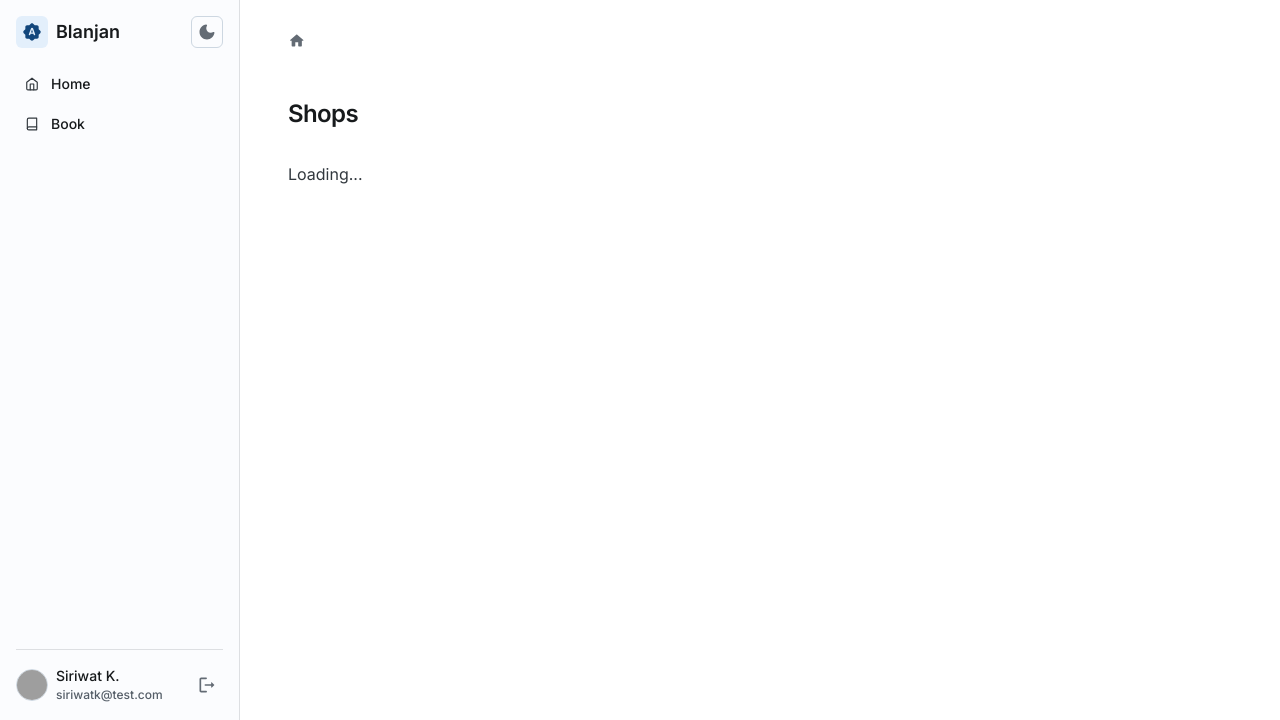
Repository: LaurentiusKevin/bookstore-fe
Page: /
An editor plug-in stored every save of this project. The page is shown before and after the next save, followed by the edit.
The browser window is 1280 px wide. The pictures show the whole page.
Pictures or frames that could not be fetched are drawn as grey boxes. The page's requests for data from a server got no answer. The project was rebuilt for these pictures with package versions that can differ from the ones it lists, and the page was loaded fresh each time. The framework's server and built-in components were replaced by stand-ins that run in the browser. No one was signed in, and anything a server would have sent is missing. Also part of the build but not shown: next.config.mjs.

Above is the page before, as saved 2024-04-07 05:33:55.

### src/app/layout.tsx
import type { Metadata } from "next";
import { Inter } from "next/font/google";
import "@fontsource/inter";
import ThemeRegistry from "@/components/admin/theme-registry";
import { Providers } from "@/providers";
import { ReactNode } from "react";

const inter = Inter({ subsets: ["latin"] });

export const metadata: Metadata = {
  title: "Create Next App",
  description: "Generated by create next app",
};

export default function RootLayout({
  children,
}: Readonly<{
  children: ReactNode;
}>) {
  return (
    <html lang="en">
      <body suppressHydrationWarning={true}>
        <ThemeRegistry options={{ key: "joy" }}>
          <Providers>{children}</Providers>
        </ThemeRegistry>
      </body>
    </html>
  );
}

### src/app/page.tsx
"use client";

import { bookListAPI, bookPurchaseAPI } from "@/apis/book.api";
import { latestPointAPI } from "@/apis/point.api";
import AdminLayout from "@/components/admin/admin-layout";
import { BookResponse } from "@/interfaces";
import {
  AspectRatio,
  Box,
  Button,
  Card,
  CardContent,
  Stack,
  Typography,
} from "@mui/joy";
import { useRouter } from "next/navigation";
import { useEffect, useRef, useState } from "react";

export default function Home() {
  const route = useRouter();
  const [page, setPage] = useState(1);
  const [pageSize, setPageSize] = useState(10);
  const [maxPage, setMaxPage] = useState(1);
  const [isLoading, setIsLoading] = useState(false);
  const [books, setBooks] = useState<BookResponse[]>([]);
  const [availablePoint, setAvailablePoint] = useState<number>(0);
  const loaderRef = useRef(null);

  const token = localStorage.getItem("token");

  const initBookList = async () => {
    setIsLoading(true);
    const res = await bookListAPI({ page: page, pageSize: pageSize });

    if (res?.data.data.books) {
      setIsLoading(false);
      setBooks((prev) => [...prev, ...res?.data.data.books]);
      setMaxPage(res?.data.data.totalPage);
    }
  };

  const initLatestPoint = async () => {
    const res = await latestPointAPI();
    console.log(res?.data.data);
  };

  const purchase = async (book_id: number) => {
    await bookPurchaseAPI(book_id);
  };

  useEffect(() => {
    initBookList();
    initLatestPoint();
  }, [page]);

  useEffect(() => {
    const options = {
      root: null,
      rootMargin: "0px",
      threshold: 0.8, // 80% from the top
    };

    const observer = new IntersectionObserver((entries) => {
      entries.forEach((entry) => {
        if (entry.isIntersecting && page <= maxPage) {
          setPage((prevPage) => prevPage + 1); // Load more data when the threshold is reached
        }
      });
    }, options);

    if (loaderRef.current) {
      observer.observe(loaderRef.current);
    }

    return () => {
      if (loaderRef.current) {
        observer.unobserve(loaderRef.current);
      }
    };
  }, []);

  return (
    <AdminLayout>
      <Box
        sx={{
          display: "flex",
        }}
      >
        <Typography level="h3">Shops</Typography>
      </Box>
      <Stack flexDirection="row" flexWrap="wrap" gap={2}>
        {books?.map((item, key) => (
          <Card key={key} sx={{ width: 320 }}>
            <div>
              <Typography level="title-lg">{item.title}</Typography>
              <Typography level="body-sm">{item.writer.name}</Typography>
            </div>
            <AspectRatio minHeight="120px" maxHeight="200px">
              <img
                src={item.cover_image}
                srcSet={item.cover_image}
                loading="lazy"
                alt={item.title}
              />
            </AspectRatio>
            <CardContent orientation="horizontal">
              <div>
                <Typography level="body-xs">Price:</Typography>
                <Typography fontSize="lg" fontWeight="lg">
                  {item.point} Points
                </Typography>
              </div>
              <div>
                <Typography level="body-xs">Tags:</Typography>
                <Stack flex={1} flexDirection="row" gap={1} flexWrap="wrap">
                  {item.tags.map((item) => (
                    <Typography fontSize="md" fontWeight="lg">
                      {item.title}
                    </Typography>
                  ))}
                </Stack>
              </div>
            </CardContent>
            <div>
              {token === null ? (
                <Button
                  variant="outlined"
                  size="md"
                  color="primary"
                  sx={{ ml: "auto", alignSelf: "center", fontWeight: 600 }}
                  fullWidth
                  onClick={() => route.push("/auth/login")}
                >
                  Purchase
                </Button>
              ) : (
                <Button
                  variant="outlined"
                  size="md"
                  color="primary"
                  sx={{ ml: "auto", alignSelf: "center", fontWeight: 600 }}
                  fullWidth
                  onClick={() => purchase(item.id)}
                >
                  Purchase
                </Button>
              )}
            </div>
          </Card>
        ))}
        <div ref={loaderRef}>Loading...</div>
      </Stack>
    </AdminLayout>
  );
}

### src/components/admin/theme-registry.tsx
"use client";
import createCache from "@emotion/cache";
import { useServerInsertedHTML } from "next/navigation";
import { CacheProvider } from "@emotion/react";
import { CssVarsProvider } from "@mui/joy/styles";
import CssBaseline from "@mui/joy/CssBaseline";
import * as React from "react";
import { ReactNode } from "react";

// This implementation is from emotion-js
// https://github.com/emotion-js/emotion/issues/2928#issuecomment-1319747902
export default function ThemeRegistry(props: {
  options: { key: string };
  children: ReactNode;
}) {
  const { options, children } = props;

  const [{ cache, flush }] = React.useState(() => {
    const cache = createCache(options);
    cache.compat = true;
    const prevInsert = cache.insert;
    let inserted: string[] = [];
    cache.insert = (...args) => {
      const serialized = args[1];
      if (cache.inserted[serialized.name] === undefined) {
        inserted.push(serialized.name);
      }
      return prevInsert(...args);
    };
    const flush = () => {
      const prevInserted = inserted;
      inserted = [];
      return prevInserted;
    };
    return { cache, flush };
  });

  useServerInsertedHTML(() => {
    const names = flush();
    if (names.length === 0) {
      return null;
    }
    let styles = "";
    for (const name of names) {
      styles += cache.inserted[name];
    }
    return (
      <style
        key={cache.key}
        data-emotion={`${cache.key} ${names.join(" ")}`}
        dangerouslySetInnerHTML={{
          __html: styles,
        }}
      />
    );
  });

  return (
    <CacheProvider value={cache}>
      <CssVarsProvider>
        {/* the custom theme is optional */}
        <CssBaseline />
        {children}
      </CssVarsProvider>
    </CacheProvider>
  );
}

### src/providers.tsx
"use client";

import React, { ReactNode } from "react";

export function Providers({ children }: { children: ReactNode }) {
  return <>{children}</>;
}

### src/apis/book.api.ts
import { AxiosError, AxiosResponse } from "axios";
import axiosInstance from "./axios-instance";
import { BookCreateParams, PaginationParams } from "@/interfaces";

export async function bookListAPI(params: PaginationParams) {
  return await axiosInstance
    .get(`/book?page=${params.page || 1}&pageSize=${params.pageSize || 10}`)
    .then((response: AxiosResponse) => {
      return response;
    })
    .catch((error: AxiosError) => {
      console.error(error);
      return null;
    });
}

export async function bookCreateAPI(params: BookCreateParams) {
  return await axiosInstance
    .post(`/book`, params)
    .then((response: AxiosResponse) => {
      return response;
    })
    .catch((error: AxiosError) => {
      console.error(error);
      return null;
    });
}

export async function bookPurchaseAPI(book_id: number) {
  return await axiosInstance
    .post(`/user-purchase`, { book_id: book_id })
    .then((response: AxiosResponse) => {
      return response;
    })
    .catch((error: AxiosError) => {
      console.error(error);
      return null;
    });
}

### src/apis/point.api.ts
import { AxiosError, AxiosResponse } from "axios";
import axiosInstance from "./axios-instance";

export async function latestPointAPI() {
  return await axiosInstance
    .get(`/point/latest`)
    .then((response: AxiosResponse) => {
      return response;
    })
    .catch((error: AxiosError) => {
      console.error(error);
      return null;
    });
}

### src/components/admin/admin-layout.tsx
import { Box, CssBaseline, CssVarsProvider, Stack } from "@mui/joy";
import Sidebar from "@/components/admin/sidebar";
import Header from "@/components/admin/header";
import Typography from "@mui/joy/Typography";
import * as React from "react";
import { ReactNode } from "react";
import AdminBreadcrumbs from "@/components/admin/breadcrumbs";

export default function AdminLayout({
  children,
  contentMaxWidth = undefined,
  pageTitle = undefined,
}: {
  children?: ReactNode;
  contentMaxWidth?: string | undefined;
  pageTitle?: string;
}) {
  return (
    <CssVarsProvider disableTransitionOnChange>
      <CssBaseline />
      <Box sx={{ display: "flex", minHeight: "100dvh" }}>
        <Sidebar />
        <Header />
        <Box
          component="main"
          className="MainContent"
          sx={{
            pt: { xs: "calc(12px + var(--Header-height))", md: 3 },
            pb: { xs: 2, sm: 2, md: 3 },
            flex: 1,
            display: "flex",
            flexDirection: "column",
            minWidth: 0,
            height: "100dvh",
            gap: 1,
            overflow: "auto",
          }}
        >
          <Box sx={{ flex: 1, width: "100%" }}>
            <Box
              sx={{
                position: "sticky",
                top: { sm: -100, md: -110 },
                bgcolor: "background.body",
                // zIndex: 9995,
              }}
            >
              <Box sx={{ px: { xs: 2, md: 6 } }}>
                <AdminBreadcrumbs />
                <Typography level="h2" component="h1" sx={{ mt: 1, mb: 2 }}>
                  {pageTitle}
                </Typography>
              </Box>
              <Stack
                spacing={4}
                sx={{
                  display: "flex",
                  maxWidth: contentMaxWidth,
                  mx: "auto",
                  px: { xs: 2, md: 6 },
                  py: { xs: 2, md: 3 },
                }}
              >
                {children}
              </Stack>
            </Box>
          </Box>
        </Box>
      </Box>
    </CssVarsProvider>
  );
}

### src/apis/axios-instance.ts
import axios from "axios";

const axiosInstance = axios.create({
  baseURL: process.env.NEXT_PUBLIC_API_URL,
});

axiosInstance.interceptors.request.use(async (config) => {
  const accessToken = localStorage.getItem("token") || "";
  config.headers.authorization = accessToken;

  // if (isTokenExpired(accessToken)) {
  //   const newAccessToken = await getNewToken();

  //   config.headers.AuthToken = `${newAccessToken}`;
  // }

  return config;
});

export default axiosInstance;

### src/components/admin/sidebar.tsx
import * as React from "react";
import GlobalStyles from "@mui/joy/GlobalStyles";
import Avatar from "@mui/joy/Avatar";
import Box from "@mui/joy/Box";
import Chip from "@mui/joy/Chip";
import Divider from "@mui/joy/Divider";
import IconButton from "@mui/joy/IconButton";
import List from "@mui/joy/List";
import ListItem from "@mui/joy/ListItem";
import ListItemButton, { listItemButtonClasses } from "@mui/joy/ListItemButton";
import ListItemContent from "@mui/joy/ListItemContent";
import Typography from "@mui/joy/Typography";
import Sheet from "@mui/joy/Sheet";
import HomeRoundedIcon from "@mui/icons-material/HomeRounded";
import AssignmentRoundedIcon from "@mui/icons-material/AssignmentRounded";
import QuestionAnswerRoundedIcon from "@mui/icons-material/QuestionAnswerRounded";
import LogoutRoundedIcon from "@mui/icons-material/LogoutRounded";
import BrightnessAutoRoundedIcon from "@mui/icons-material/BrightnessAutoRounded";
import KeyboardArrowDownIcon from "@mui/icons-material/KeyboardArrowDown";

import ColorSchemeToggle from "@/components/admin/color-scheme-toggle";
import { closeSidebar } from "@/utils";
import { FiBook, FiHome } from "react-icons/fi";

function Toggler({
  defaultExpanded = false,
  renderToggle,
  children,
}: {
  defaultExpanded?: boolean;
  children: React.ReactNode;
  renderToggle: (params: {
    open: boolean;
    setOpen: React.Dispatch<React.SetStateAction<boolean>>;
  }) => React.ReactNode;
}) {
  const [open, setOpen] = React.useState(defaultExpanded);
  return (
    <React.Fragment>
      {renderToggle({ open, setOpen })}
      <Box
        sx={{
          display: "grid",
          gridTemplateRows: open ? "1fr" : "0fr",
          transition: "0.2s ease",
          "& > *": {
            overflow: "hidden",
          },
        }}
      >
        {children}
      </Box>
    </React.Fragment>
  );
}

export default function Sidebar() {
  return (
    <Sheet
      className="Sidebar"
      sx={{
        position: { xs: "fixed", md: "sticky" },
        transform: {
          xs: "translateX(calc(100% * (var(--SideNavigation-slideIn, 0) - 1)))",
          md: "none",
        },
        transition: "transform 0.4s, width 0.4s",
        zIndex: 3,
        height: "100dvh",
        width: "var(--Sidebar-width)",
        top: 0,
        p: 2,
        flexShrink: 0,
        display: "flex",
        flexDirection: "column",
        gap: 2,
        borderRight: "1px solid",
        borderColor: "divider",
      }}
    >
      <GlobalStyles
        styles={(theme) => ({
          ":root": {
            "--Sidebar-width": "220px",
            [theme.breakpoints.up("lg")]: {
              "--Sidebar-width": "240px",
            },
          },
        })}
      />
      <Box
        className="Sidebar-overlay"
        sx={{
          position: "fixed",
          zIndex: 4,
          top: 0,
          left: 0,
          width: "100vw",
          height: "100vh",
          opacity: "var(--SideNavigation-slideIn)",
          backgroundColor: "var(--joy-palette-background-backdrop)",
          transition: "opacity 0.4s",
          transform: {
            xs: "translateX(calc(100% * (var(--SideNavigation-slideIn, 0) - 1) + var(--SideNavigation-slideIn, 0) * var(--Sidebar-width, 0px)))",
            lg: "translateX(-100%)",
          },
        }}
        onClick={() => closeSidebar()}
      />
      <Box sx={{ display: "flex", gap: 1, alignItems: "center" }}>
        <IconButton variant="soft" color="primary" size="sm">
          <BrightnessAutoRoundedIcon />
        </IconButton>
        <Typography level="title-lg">Blanjan</Typography>
        <ColorSchemeToggle sx={{ ml: "auto" }} />
      </Box>
      <Box
        sx={{
          minHeight: 0,
          overflow: "hidden auto",
          flexGrow: 1,
          display: "flex",
          flexDirection: "column",
          [`& .${listItemButtonClasses.root}`]: {
            gap: 1.5,
          },
        }}
      >
        <List
          size="sm"
          sx={{
            gap: 1,
            "--List-nestedInsetStart": "30px",
            "--ListItem-radius": (theme) => theme.vars.radius.sm,
          }}
        >
          <ListItem>
            <ListItemButton component="a" href="/admin">
              <FiHome />
              <ListItemContent>
                <Typography level="title-sm">Home</Typography>
              </ListItemContent>
            </ListItemButton>
          </ListItem>
          <ListItem>
            <ListItemButton component="a" href="/admin/book">
              <FiBook />
              <ListItemContent>
                <Typography level="title-sm">Book</Typography>
              </ListItemContent>
            </ListItemButton>
          </ListItem>
        </List>
      </Box>
      <Divider />
      <Box sx={{ display: "flex", gap: 1, alignItems: "center" }}>
        <Avatar
          variant="outlined"
          size="sm"
          src="https://images.unsplash.com/photo-1535713875002-d1d0cf377fde?auto=format&fit=crop&w=286"
        />
        <Box sx={{ minWidth: 0, flex: 1 }}>
          <Typography level="title-sm">Siriwat K.</Typography>
          <Typography level="body-xs">siriwatk@test.com</Typography>
        </Box>
        <IconButton size="sm" variant="plain" color="neutral">
          <LogoutRoundedIcon />
        </IconButton>
      </Box>
    </Sheet>
  );
}

### src/components/admin/header.tsx
import * as React from "react";
import GlobalStyles from "@mui/joy/GlobalStyles";
import IconButton from "@mui/joy/IconButton";
import Sheet from "@mui/joy/Sheet";
import MenuRoundedIcon from "@mui/icons-material/MenuRounded";
import { toggleSidebar } from "@/utils";

export default function Header() {
  return (
    <Sheet
      sx={{
        display: { xs: "flex", md: "none" },
        alignItems: "center",
        justifyContent: "space-between",
        position: "fixed",
        top: 0,
        width: "100vw",
        height: "var(--Header-height)",
        zIndex: 2,
        p: 2,
        gap: 1,
        borderBottom: "1px solid",
        borderColor: "background.level1",
        boxShadow: "sm",
      }}
    >
      <GlobalStyles
        styles={(theme) => ({
          ":root": {
            "--Header-height": "52px",
            [theme.breakpoints.up("md")]: {
              "--Header-height": "0px",
            },
          },
        })}
      />
      <IconButton
        onClick={() => toggleSidebar()}
        variant="outlined"
        color="neutral"
        size="sm"
      >
        <MenuRoundedIcon />
      </IconButton>
    </Sheet>
  );
}

### src/components/admin/breadcrumbs.tsx
"use client";

import ChevronRightRoundedIcon from "@mui/icons-material/ChevronRightRounded";
import Link from "@mui/joy/Link";
import HomeRoundedIcon from "@mui/icons-material/HomeRounded";
import Breadcrumbs from "@mui/joy/Breadcrumbs";
import * as React from "react";
import { usePathname } from "next/navigation";

export default function AdminBreadcrumbs() {
  const paths = usePathname();
  const pathNames = paths
    .replace("-", " ")
    .split("/")
    .filter((path) => path);

  return (
    <Breadcrumbs
      size="sm"
      aria-label="breadcrumbs"
      separator={<ChevronRightRoundedIcon />}
      sx={{ pl: 0 }}
    >
      <Link underline="none" color="neutral" href="/admin" aria-label="Home">
        <HomeRoundedIcon />
      </Link>
      {pathNames.map((item, key) => {
        if (key >= 0 && item != "admin") {
          let href = `/${pathNames.slice(0, key + 1).join("/")}`;

          return (
            <Link
              key={`admin-breadcrumb-${key}`}
              underline="hover"
              color="neutral"
              href={href}
              fontSize={12}
              fontWeight={500}
            >
              {item.charAt(0).toUpperCase() + item.slice(1)}
            </Link>
          );
        }
      })}
    </Breadcrumbs>
  );
}

### src/components/admin/color-scheme-toggle.tsx
import * as React from "react";
import { useColorScheme } from "@mui/joy/styles";
import IconButton, { IconButtonProps } from "@mui/joy/IconButton";

import DarkModeRoundedIcon from "@mui/icons-material/DarkModeRounded";
import LightModeIcon from "@mui/icons-material/LightMode";

export default function ColorSchemeToggle(props: IconButtonProps) {
  const { onClick, sx, ...other } = props;
  const { mode, setMode } = useColorScheme();
  const [mounted, setMounted] = React.useState(false);
  React.useEffect(() => {
    setMounted(true);
  }, []);
  if (!mounted) {
    return (
      <IconButton
        size="sm"
        variant="outlined"
        color="neutral"
        {...other}
        sx={sx}
        disabled
      />
    );
  }
  return (
    <IconButton
      id="toggle-mode"
      size="sm"
      variant="outlined"
      color="neutral"
      {...props}
      onClick={(event) => {
        if (mode === "light") {
          setMode("dark");
        } else {
          setMode("light");
        }
        onClick?.(event);
      }}
      sx={[
        {
          "& > *:first-of-type": {
            display: mode === "dark" ? "none" : "initial",
          },
          "& > *:last-of-type": {
            display: mode === "light" ? "none" : "initial",
          },
        },
        ...(Array.isArray(sx) ? sx : [sx]),
      ]}
    >
      <DarkModeRoundedIcon />
      <LightModeIcon />
    </IconButton>
  );
}

### src/utils.ts
import moment from "moment/moment";

export function openSidebar() {
  if (typeof window !== "undefined") {
    document.body.style.overflow = "hidden";
    document.documentElement.style.setProperty("--SideNavigation-slideIn", "1");
  }
}

export function closeSidebar() {
  if (typeof window !== "undefined") {
    document.documentElement.style.removeProperty("--SideNavigation-slideIn");
    document.body.style.removeProperty("overflow");
  }
}

export function toggleSidebar() {
  if (typeof window !== "undefined" && typeof document !== "undefined") {
    const slideIn = window
      .getComputedStyle(document.documentElement)
      .getPropertyValue("--SideNavigation-slideIn");
    if (slideIn) {
      closeSidebar();
    } else {
      openSidebar();
    }
  }
}

export function dateTimeFormat(datetime: string) {
  return moment(datetime).format("MMM DD, YYYY (hh:mm:ss)");
}

export function roundUp(num: number, precision: number): number {
  precision = Math.pow(10, precision);
  return Math.ceil(num * precision) / precision;
}

After the next save:
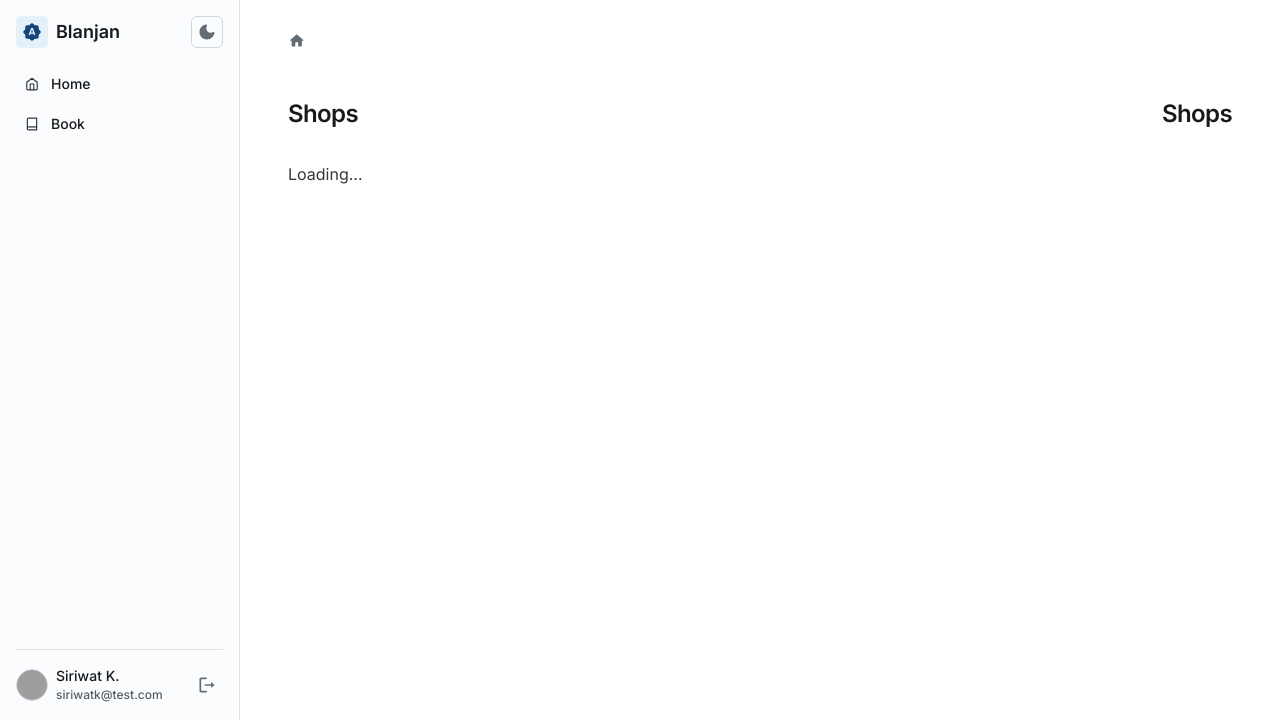
Saved 57 s later.
--- a/src/app/page.tsx
+++ b/src/app/page.tsx
@@ -84,8 +84,10 @@ export default function Home() {
       <Box
         sx={{
           display: "flex",
+          justifyContent: "space-between",
         }}
       >
+        <Typography level="h3">Shops</Typography>
         <Typography level="h3">Shops</Typography>
       </Box>
       <Stack flexDirection="row" flexWrap="wrap" gap={2}>
